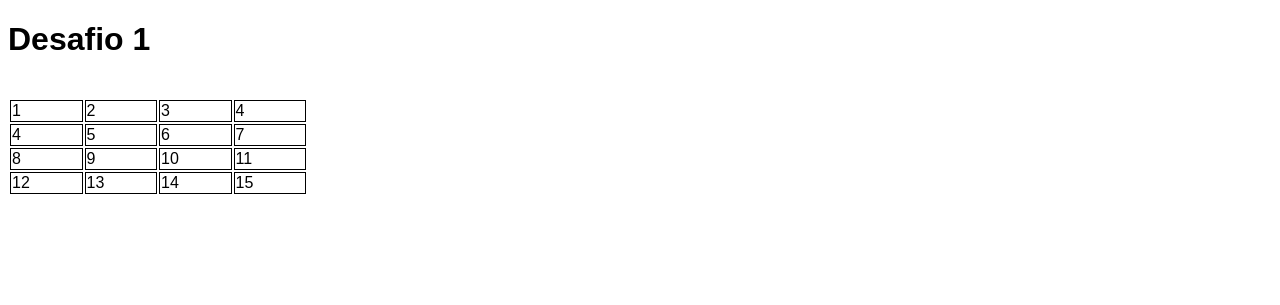
Repository: railsondev/html-css
Page: Módulo3/Desafio/D02 - tabela A/tabelaa.html
These files come from the project's save history. The page is drawn as it stood at one moment and after a run of saves; the edit follows.
The browser window is 1280 px wide. The pictures show the whole page.

Above is the page before, as saved 2024-10-19 22:00:15.

### Módulo3/Desafio/D02 - tabela A/tabelaa.html
<!DOCTYPE html>
<html lang="pt-br">
<head>
  <meta charset="UTF-8">
  <meta name="viewport" content="width=device-width, initial-scale=1.0">
  <title>Desafio tabelas</title>
  <link rel="stylesheet" href="style.css">
</head>
<body>
  <h1>Desafio 1</h1>
  <br>
  <table>
      <tr>
        <td>1</td>
        <td>2</td>
        <td>3</td>
        <td>4</td>
      </tr>
      <tr>
        <td>4</td>
        <td>5</td>
        <td>6</td>
        <td>7</td>
      </tr>
      <tr>
        <td>8</td>
        <td>9</td>
        <td>10</td>
        <td>11</td>
      </tr>
      <tr>
        <td>12</td>
        <td>13</td>
        <td>14</td>
        <td>15</td>
      </tr>
  </table>
</body>
</html>

### Módulo3/Desafio/D02 - tabela A/style.css
@charset 'UTF-8';

body {
  font-family: Arial, Helvetica, sans-serif;
}

table {
  width: 300px;
  border-collapse: separate;
}

td {
  border: 1px solid black;
  padding: ;
}

After the next 4 saves:
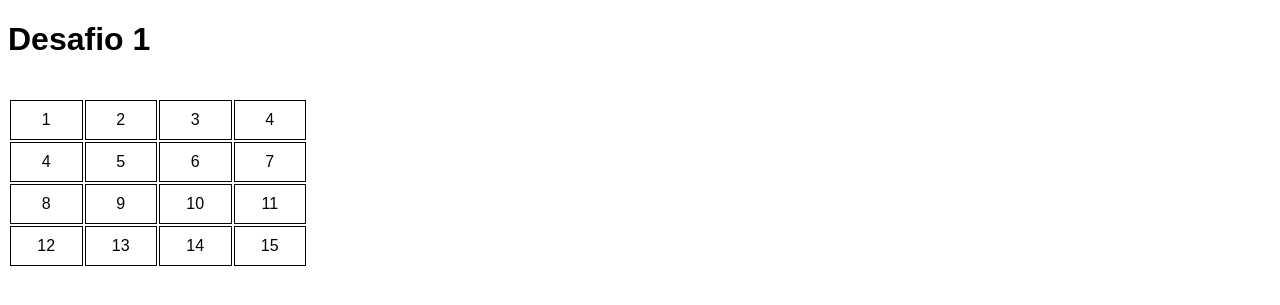
The 4 saves are shown as one change because they came seconds apart.
The last was saved 10 s later.
--- a/Módulo3/Desafio/D02 - tabela A/style.css
+++ b/Módulo3/Desafio/D02 - tabela A/style.css
@@ -11,5 +11,7 @@ table {
 
 td {
   border: 1px solid black;
-  padding: ;
+  padding: 10px;
+  text-align: center;
+
 }
